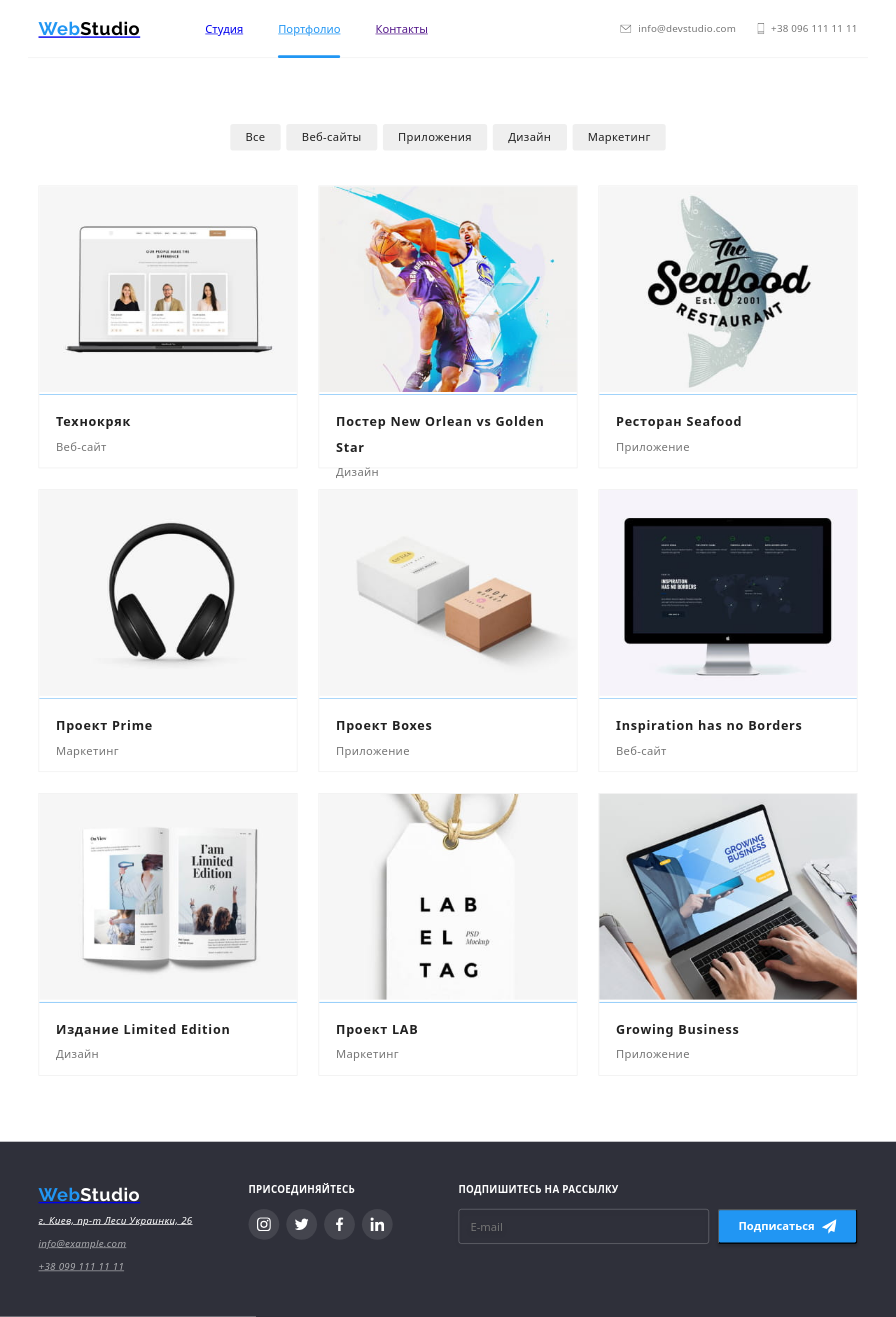
Repository: UliyaKucherernko/home-work-8
Page: porfolio.html
These files come from the project's save history. The page is drawn as it stood at one moment and after the next save; the edit follows.
The browser window is 1280 px wide. The pictures show the whole page, at 70% of full size.
Some web libraries are served in a nearby version. The style sheet was rebuilt from its Sass, Less or Tailwind sources for each picture, by a compiler version that may differ from the author's.

Above is the page before, as saved 2021-05-04 18:23:38.

### porfolio.html
<!DOCTYPE html>
<html lang="en">
<head>
   <meta charset="UTF-8" />
   <meta http-equiv="X-UA-Compatible" content="IE=edge" />
   <meta name="viewport" content="width=device-width, initial-scale=1.0" />
   <title>WebStudio Главная</title>
   <link rel="stylesheet"
      href="https://cdnjs.cloudflare.com/ajax/libs/modern-normalize/1.0.0/modern-normalize.min.css" />
   <link rel="preconnect" href="https://fonts.gstatic.com" />
   <link
      href="https://fonts.googleapis.com/css2?family=Raleway:wght@700&family=Roboto:wght@400;500;700;900&display=swap"
      rel="stylesheet" />
   <link rel="stylesheet" href="./css/styles.min.css" />
</head>
<body>
<header class="header">
   <div class="container header__container">
      <nav class="navigation">
         <a class="link header__logo" href="index.html">
            <span class="web">Web</span><span class="studio">Studio</span></a>
         <ul class="list">
            <li class="header__menu-item">
               <a href="./index.html" class="link header__menu-link">Студия</a>
            </li>
            <li class="header__menu-item">
               <a href="./porfolio.html" class="link header__menu-link current">Портфолио</a>
            </li>
            <li class="header__menu-item">
               <a href="" class="link header__menu-link">Контакты</a>
            </li>
         </ul>
      </nav>
      <div class="list header__contact-item">
         <a class="link header__link" href="mailto:info@devstudio.com">
            <svg class="header__icon" width="16" height="12">
               <use href="./images/icons-sprite.svg#icon-mail"></use>
            </svg>
            info@devstudio.com
         </a>
         <a class="link header__link" href="tel:+380961111111">
            <svg class="header__icon" width="10" height="16">
               <use href="./images/icons-sprite.svg#icon-phone"></use>
            </svg>
            +38 096 111 11 11
         </a>
      </div>
   </div>
</header>
     <!--что входит в портфолио-->
    <main>
      <section class="gallery">
         <div class="container">
          <ul class="list gallery__btn">
              <li><button class="gallery__btn-filtr" type="button">Все</button></li>
              <li><button class="gallery__btn-filtr" type="button">Веб-сайты</button></li>
              <li><button class="gallery__btn-filtr" type="button">Приложения</button></li>
              <li><button class="gallery__btn-filtr" type="button">Дизайн</button></li>
              <li><button class="gallery__btn-filtr" type="button">Маркетинг</button></li>
          </ul>
 <ul class="gallery__list">
      <div class="gallery__card">
         <div class="gallery__thumb">
            <li><img src="./images/1-monitor.jpg" alt="на мониторе 3 фотокарточки людей" width="370">
               <div class="gallery__overlay">
                  <p class="gallery__text-overlay">Технокряк это современная площадка распространения коронавируса.
                        Компании используют эту платформу для цифрового
                        шпионажа и атак на защищённые сервера конкурентов.</p>
               </div>
            </li>
         </div>
                  <div class="gallery__text">
                       <h3 class="gallery__name">Технокряк</h3>
                       <p class="gallery__main-name">Веб-сайт</p>
                  </div>
      </div>
      <div class="gallery__card">
         <div class="gallery__thumb">
            <li><img src="./images/2-nba.jpg" alt="2 прня играют в баскетбол" width="370">
               <div class="gallery__overlay">
                     <p class="gallery__text-overlay">New Orleans Pelicans — профессиональный баскетбольный клуб,
                         выступающий в Национальной баскетбольной ассоциации.
                     Изначально годом основания команды считался 1988 год.</p>
               </div>
            </li>
         </div>
                  <div class="gallery__text">
                     <h3 class="gallery__name">Постер New Orlean vs Golden Star</h3>
                        <p class="gallery__main-name">Дизайн</p>
                  </div>
      </div>
      <div class="gallery__card">
         <div class="gallery__thumb">
            <li><img src="./images/3-seafood.jpg" alt="рыбный ресторан" width="370">
               <div class="gallery__overlay">
                     <p class="gallery__text-overlay">Рыбный ресторан «Seafood» расположен по бульвару Леси Украинки, недалеко от станции метро Печерская. При входе
                     слева расположен большой аквариум со свежими устрицами.</p>
               </div>
            </li>
         </div>
                  <div class="gallery__text">
                     <h3 class="gallery__name">Ресторан Seafood</h3>
                     <p class="gallery__main-name">Приложение</p>
                  </div>
      </div>
      <div class="gallery__card">
         <div class="gallery__thumb">
            <li><img src="./images/4-prime.jpg" alt="наушники" width="370">
               <div class="gallery__overlay">
                  <p class="gallery__text-overlay">Наушники представляют собой пару небольших по размеру головных телефона или блока наушника,
                      надеваемых на голову или вставляемых прямо в ушные каналы.</p>
               </div>
            </li>
         </div>
                  <div class="gallery__text">
                     <h3 class="gallery__name">Проект Prime</h3>
                     <p class="gallery__main-name">Маркетинг</p>
                  </div>
      </div>

      <div class="gallery__card">
         <div class="gallery__thumb">
            <li><img src="./images/5-boxes.jpg" alt="2 коробки разного размера" width="370">
               <div class="gallery__overlay">
                  <p class="gallery__text-overlay">BOXES - изделие простой конструкции из картона или другого плотного материала
                      в форме многогранника</p>
               </div>
            </li>
         </div>
                  <div class="gallery__text">
                     <h3 class="gallery__name">Проект Boxes</h3>
                     <p class="gallery__main-name">Приложение</p>
                  </div>
      </div>

      <div class="gallery__card">
         <div class="gallery__thumb">
            <li><img src="./images/6-borders.jpg" alt="монитор борд с картой мира" width="370">
               <div class="gallery__overlay">
                  <p class="gallery__text-overlay">Реклама - аправление в маркетинговых коммуникациях, в рамках которого производится
                     распространение информации для привлечения
                  внимания к объекту рекламирования с целью формирования или поддержания интереса к нему.</p>
               </div>
            </li>
         </div>
                  <div class="gallery__text">
                     <h3 class="gallery__name">Inspiration has no Borders</h3>
                     <p class="gallery__main-name">Веб-сайт</p>
                  </div>
      </div>
      <div class="gallery__card">
         <div class="gallery__thumb">
            <li><img src="./images/7-magazine.jpg" alt="журнал" width="370">
               <div class="gallery__overlay">
                  <p class="gallery__text-overlay">Специальный вид издания художественного произведения, куда включены дополнительные материалы, отсутствующие в стандартной версии.</p>
               </div>
            </li>
         </div>
                  <div class="gallery__text">
                     <h3 class="gallery__name">Издание Limited Edition</h3>
                     <p class="gallery__main-name">Дизайн</p>
                  </div>
      </div>
      <div class="gallery__card">
         <div class="gallery__thumb">
            <li><img src="./images/8-labels.jpg" alt="белая этикетка бирка" width="370">
               <div class="gallery__overlay">
                  <p class="gallery__text-overlay">Label-графический или текстовый знак,
                     нанесённый в виде наклейки, бирки или талона на товар, экспонат, любой другой продукт
                  производства, с указанием торговой марки производителя.</p>
               </div>
            </li>
         </div>
                  <div class="gallery__text">
                     <h3 class="gallery__name">Проект LAB</h3>
                     <p class="gallery__main-name">Маркетинг</p>
                  </div>
      </div>
      <div class="gallery__card">
         <div class="gallery__thumb">
            <li><img src="./images/9-nout.jpg" alt="печатают на ноуте" width="370">
               <div class="gallery__overlay">
                  <p class="gallery__text-overlay">Offline/Online - работа, доступная для широких масс населения, использующая главные достоинства Интернета</p>
               </div>
            </li>
         </div>
                     <div class="gallery__text">
                        <h3 class="gallery__name">Growing Business</h3>
                        <p class="gallery__main-name">Приложение</p>
                     </div>
      </div>
   </ul>
      </div>
     </section>
    </main>

   <!--подвал-->
   <footer class="footer">
      <div class="container footer__container">
         <div class="footer__block">
            <a class="link footer__logo" href="index.html">
               <span class="web">Web</span><span class="footer__studio">Studio</span></a>
            <address>
               <ul class="footer__list">
                  <li>
                     <a href="" class="link footer__adress">г. Киев, пр-т Леси Украинки, 26</a>
                  </li>
                  <li>
                     <a href="mailto:info@example.com" class="link footer__contact">info@example.com</a>
                  </li>
                  <li>
                     <a href="+380991111111" class="link footer__contact">+38 099 111 11 11</a>
                  </li>
               </ul>
            </address>
         </div>
         <div class="footer__block">
            <p class="footer__sleng">присоединяйтесь</p>
            <ul class="social-icons">
               <li class="social-icon-item">
                  <a href="" class="social-icon-link footer__icon">
                     <svg>
                        <use href="./images/icons-sprite.svg#icon-instagram"></use>
                     </svg>
                  </a>
               </li>
               <li class="social-icon-item">
                  <a href="" class="social-icon-link footer__icon">
                     <svg>
                        <use href="./images/icons-sprite.svg#icon-twitter"></use>
                     </svg>
                  </a>
               </li>
               <li class="social-icon-item">
                  <a href="" class="social-icon-link footer__icon">
                     <svg>
                        <use href="./images/icons-sprite.svg#icon-facebook"></use>
                     </svg>
                  </a>
               </li>
               <li class="social-icon-item">
                  <a href="" class="social-icon-link footer__icon">
                     <svg>
                        <use href="./images/icons-sprite.svg#icon-linkedin"></use>
                     </svg>
                  </a>
               </li>
            </ul>
         </div>
         <div class="footer__block">
            <p class="footer__sleng">подпишитесь на рассылку</p>
            <form name="footer__form" class="footer__form" novalidate>
               <input type="email" name="email" class="footer__contact-form" id="user_email" placeholder="E-mail" />
               <button type="submit" class="footer__button">Подписаться
                  <svg class="footer__icon-send" width="24px" height="24px">
                     <use href="./images/icons-sprite.svg#icon-icon-send"></use>
                  </svg>
               </button>
            </form>
         </div>
      </div>
   </footer>
   </body>
   </html>

### sass/utils/_variables.scss
:root {
  --main-text-color: #757575;
  --accent-color: #2196f3;
  --title-color: #212121;
  --dark-bg-color: #2f303a;
  --content-color: #ffffff;
  --team-color: #f5f4fa;
  --social-color: #afb1b8;
  --grid-item: 1;
}

### sass/base/_common.scss
:focus {
  outline: none;
}

*,
*::after,
*::before {
  box-sizing: inherit;
}

Loaded but not shown: sass/styles.scss (951 lines, source omitted)

After the next save:
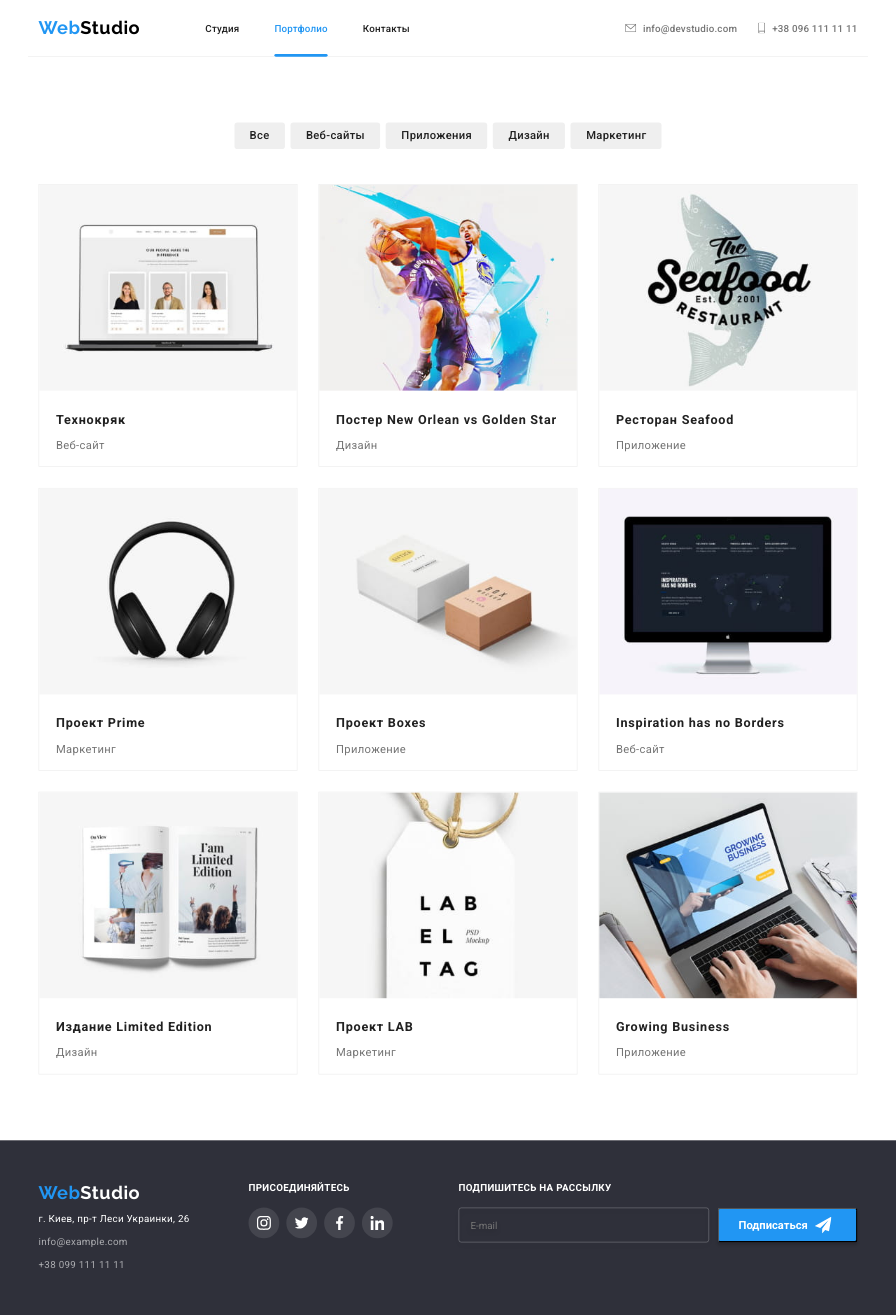
Saved 7 s later.
--- a/sass/base/_common.scss
+++ b/sass/base/_common.scss
@@ -7,3 +7,23 @@
 *::before {
   box-sizing: inherit;
 }
+
+address {
+  font-style: normal;
+}
+
+body {
+  font-family: "Roboto", sans-serif;
+  font-size: 14px;
+  font-weight: 500;
+  line-height: 16px;
+  letter-spacing: 0.02em;
+  text-align: left;
+  color: var(--main-text-color);
+  margin: 0;
+}
+
+.link {
+  text-decoration: none;
+  color: inherit;
+}
